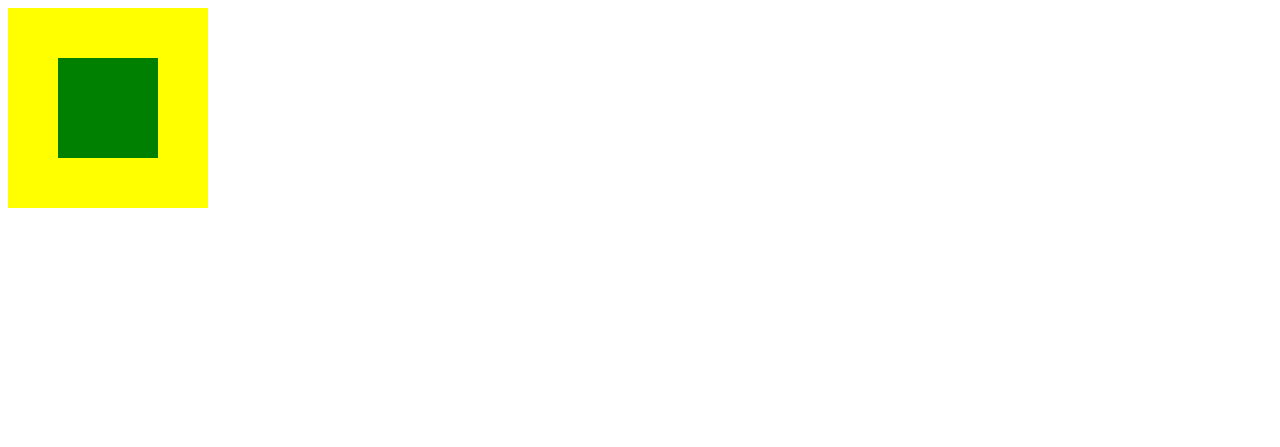
Repository: LumiereXyloto/javascript-data-structure
Page: 实现指定效果/水平垂直居中.html
An editor plug-in stored every save of this project. The page is shown before and after the next save, followed by the edit.
The browser window is 1280 px wide. The pictures show the whole page.

Above is the page before, as saved 2020-02-25 02:05:59.

### 实现指定效果/水平垂直居中.html
<!DOCTYPE html>
<html lang="en">
<head>
  <meta charset="UTF-8">
  <meta name="viewport" content="width=device-width, initial-scale=1.0">
  <title>Document</title>
  <style>
    .wrap1 {
      width: 200px;
      height: 200px;
      background: yellow;
      position: relative;
    }
    .wrap1 .center {
      width: 100px;
      height: 100px;
      background: green;
      margin: auto;
      position: absolute;
      left: 0;
      right: 0;
      top: 0;
      bottom: 0;
    }
  </style>
</head>
<body>
  <div class="wrap1">
    <div class="center"></div>
  </div>
  <div class="wrap">
    <div class="center"></div>
  </div>
  <div class="wrap">
    <div class="center"></div>
  </div>
  <div class="wrap">
    <div class="center"></div>
  </div>
</body>
</html>

After the next save:
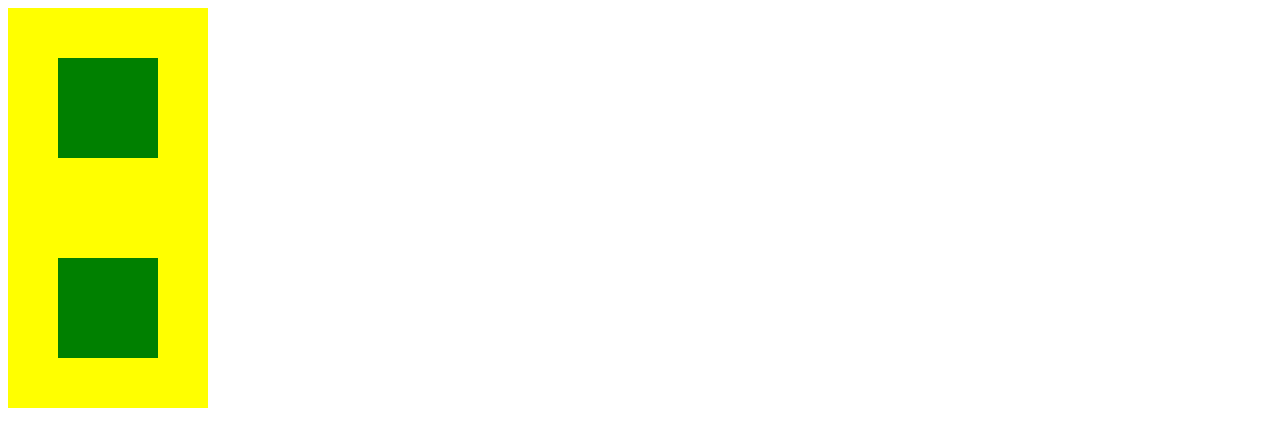
Saved 107 s later.
--- a/实现指定效果/水平垂直居中.html
+++ b/实现指定效果/水平垂直居中.html
@@ -22,14 +22,30 @@
       top: 0;
       bottom: 0;
     }
+
+    .wrap2{
+      width: 200px;
+      height: 200px;
+      background: yellow;
+      display: table-cell;
+      vertical-align: middle;
+      text-align: center;
+    }
+    .center2{
+      display: inline-block;
+      vertical-align: middle;
+      width: 100px;
+      height: 100px;
+      background: green;
+    }
   </style>
 </head>
 <body>
   <div class="wrap1">
     <div class="center"></div>
   </div>
-  <div class="wrap">
-    <div class="center"></div>
+  <div class="wrap2">
+    <div class="center2"></div>
   </div>
   <div class="wrap">
     <div class="center"></div>
